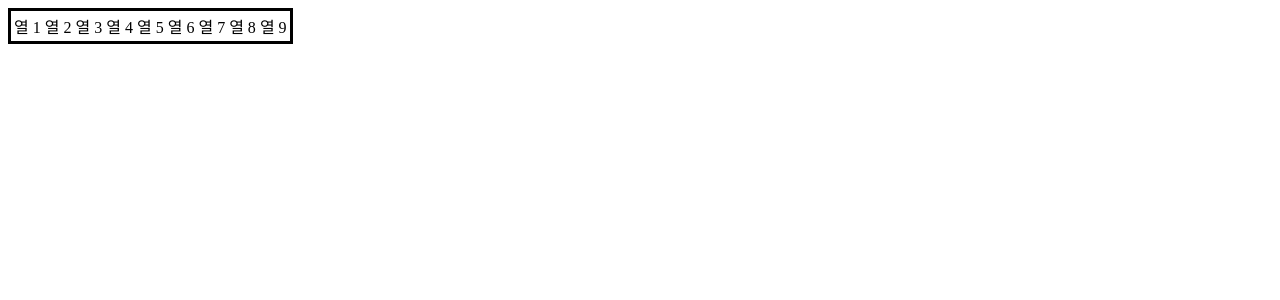
Repository: Jipumpkin/WebServer
Page: http://localhost/JSP2/googoo.jsp
These files come from the project's save history. The page is drawn as it stood at one moment and after the next save; the edit follows.
The browser window is 1280 px wide. The pictures show the whole page.
The page is served by Tomcat 9.

Above is the page before, as saved 2024-08-07 02:16:00.

After the next save:
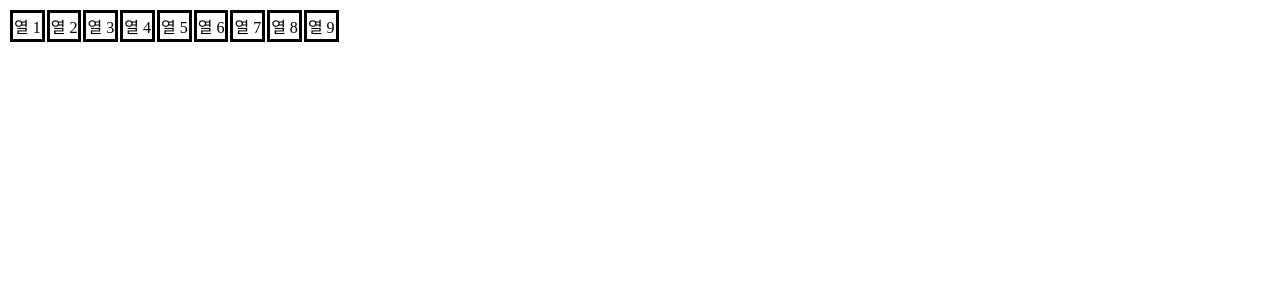
Saved 41 s later.
--- a/JSP2/src/main/webapp/googoo.jsp
+++ b/JSP2/src/main/webapp/googoo.jsp
@@ -5,9 +5,14 @@
 <head>
 <meta charset="EUC-KR">
 <title>Insert title here</title>
+<style>
+	td {
+		border:solid;
+	}
+</style>
 </head>
 <body>
-    <table style="border: solid;">
+    <table>
         <tr>
             <td>열 1</td>
             <td>열 2</td>
